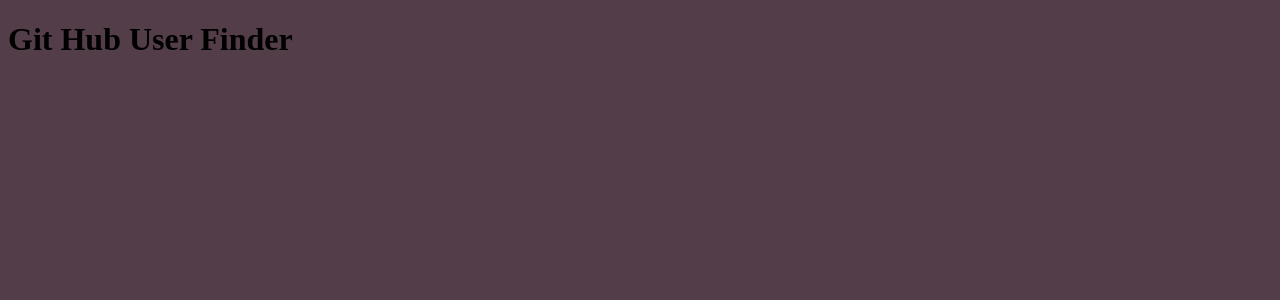
Repository: Dharshinimk-521/github-user-finder
Page: index.html
The author's editor kept a copy of each file at every save. The page is drawn from the files as they stood at one save, then again after the next save.
The browser window is 1280 px wide. The pictures show the whole page.
Some web fonts or font styles are not loaded; a fallback is used.

Above is the page before, as saved 2026-04-13 20:54:17.

After the next save:
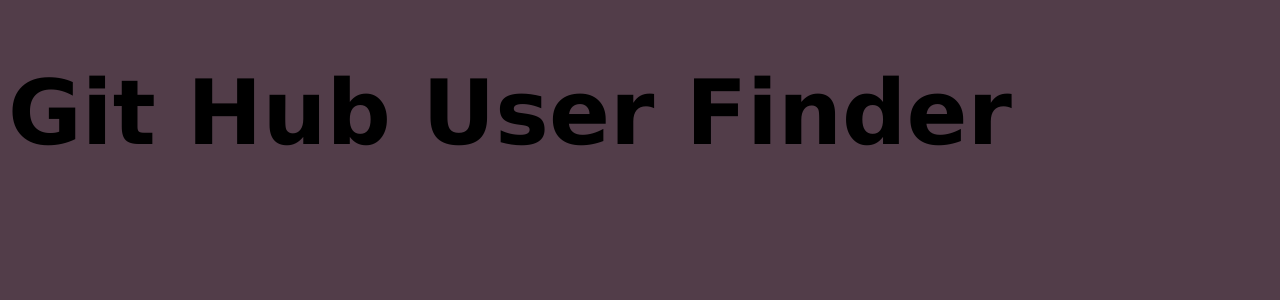
Saved 30 s later.
--- a/style.css
+++ b/style.css
@@ -1,3 +1,5 @@
 body{
     background-color: #523D49;
+    font-family: Verdana, Geneva, Tahoma, sans-serif;
+    font-size: 45px;
 }
